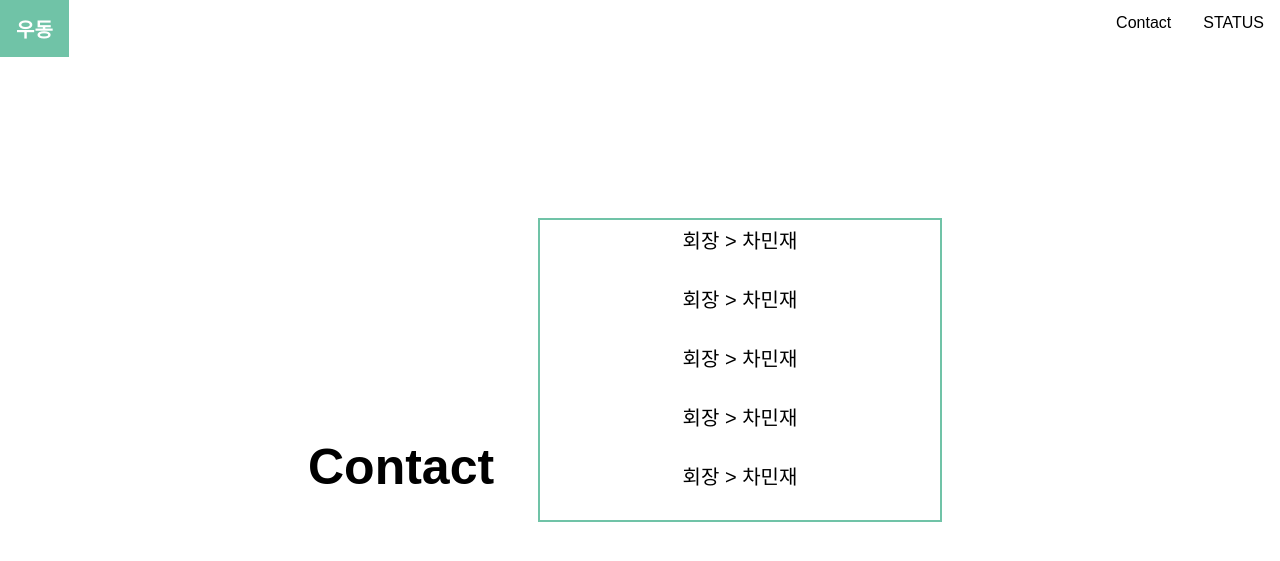
Repository: charmingjae/circles
Page: http://localhost/circles/root/contact.jsp
These files come from the project's save history. The page is drawn as it stood at one moment and after the next save; the edit follows.
The browser window is 1280 px wide. The pictures show the whole page.
Some web fonts or font styles are not loaded; a fallback is used. The page is served by Tomcat 9.

Above is the page before, as saved 2020-07-09 14:58:19.

After the next save:
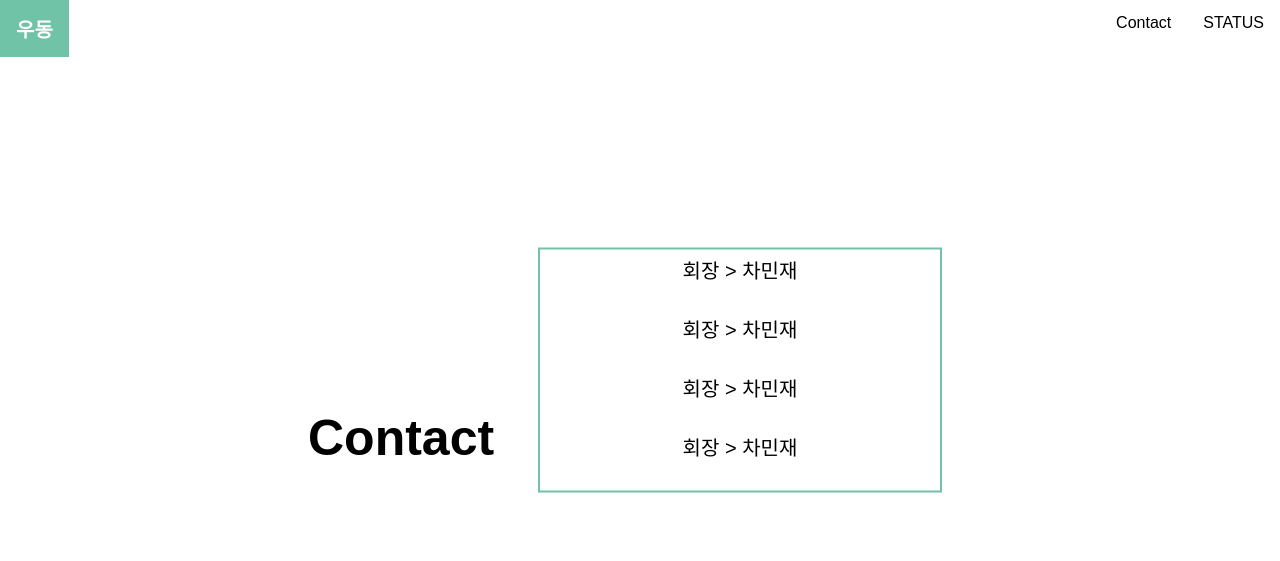
Saved 10 s later.
--- a/circles/WebContent/root/contact.jsp
+++ b/circles/WebContent/root/contact.jsp
@@ -18,7 +18,7 @@
 			<span id="head"> Contact </span>
 			<div class="main">
 				<span id="showEtc"> 회장 > 차민재 </span>
-				<span id="showEtc"> 회장 > 차민재 </span>
+				<span id="showEtc">  </span>
 				<span id="showEtc"> 회장 > 차민재 </span>
 				<span id="showEtc"> 회장 > 차민재 </span>
 				<span id="showEtc"> 회장 > 차민재 </span>
